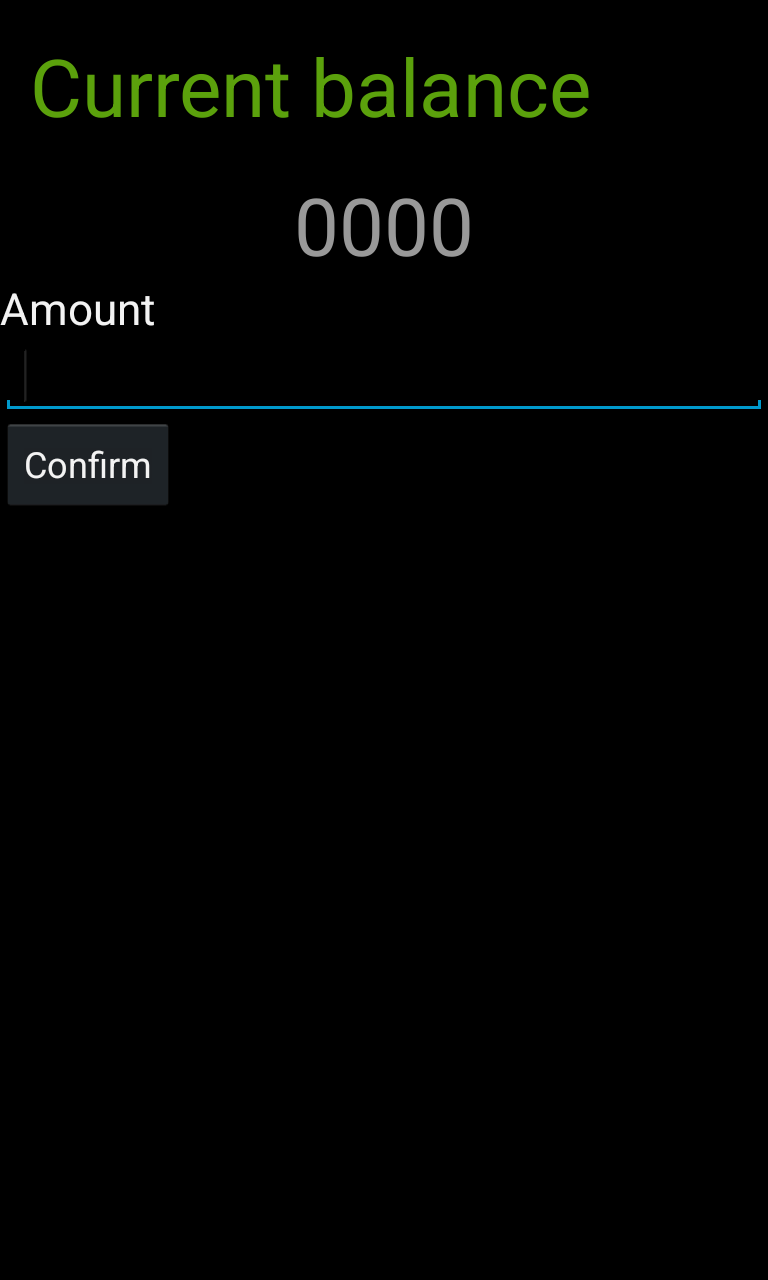
Repository: rrafols/EcoHack
Layout: EcoWalletAndroid/res/layout/payment_layout.xml
The author's editor kept a copy of each file at every save. The layout is drawn from the files as they stood at one save, then again after the next save.
It is drawn on a 768 x 1280 px phone screen (xhdpi) without system bars, with theme android:Theme.Holo; the app's code is not run.

Above is the layout before, as saved 2014-02-23 05:20:36.

### EcoWalletAndroid/res/layout/payment_layout.xml
<?xml version="1.0" encoding="utf-8"?>
<FrameLayout xmlns:android="http://schemas.android.com/apk/res/android"
    android:layout_width="match_parent"
    android:layout_height="match_parent" >

    <LinearLayout
        android:id="@+id/LayoutPaymentActivity"
        android:layout_width="match_parent"
        android:layout_height="match_parent"
        android:orientation="vertical" >

        <TextView
        android:id="@+id/textView1"
        android:layout_width="wrap_content"
        android:layout_height="wrap_content"
        android:layout_marginLeft="15dp"
        android:layout_marginTop="@dimen/activity_vertical_margin"
        android:layout_marginBottom="16dp"
        android:text="Current balance"
        android:textAppearance="?android:attr/textAppearanceLarge"
        android:textColor="#5BA10C"
        android:textSize="40sp" />

        <TextView
            android:id="@+id/textViewCurrentBalance"
            android:layout_width="match_parent"
            android:layout_height="wrap_content"
            android:textSize="40sp"
            android:textColor="#999999"
            android:gravity="center_horizontal"
            android:text="0000"
            android:textAppearance="?android:attr/textAppearanceLarge" />

        <TextView
            android:id="@+id/textView2"
            android:layout_width="wrap_content"
            android:layout_height="wrap_content"
            android:text="Amount"
            android:textAppearance="?android:attr/textAppearanceLarge" />

        <EditText
            android:id="@+id/amount2pay"
            android:layout_width="match_parent"
            android:layout_height="wrap_content"
            android:ems="10"
            android:inputType="number" >

            <requestFocus />
        </EditText>

        <Button
            android:id="@+id/confirmaPago"
            android:layout_width="wrap_content"
            android:layout_height="wrap_content"
            android:text="Confirm" />
    </LinearLayout>

    <TextView
        android:id="@+id/FondoQr"
        android:layout_width="match_parent"
        android:layout_height="match_parent"
        android:background="@android:color/white"
        android:visibility="gone"
        android:text="" />

</FrameLayout>

Loaded but not shown: EcoWalletAndroid/res/values/dimens.xml (common file)

After the next save:
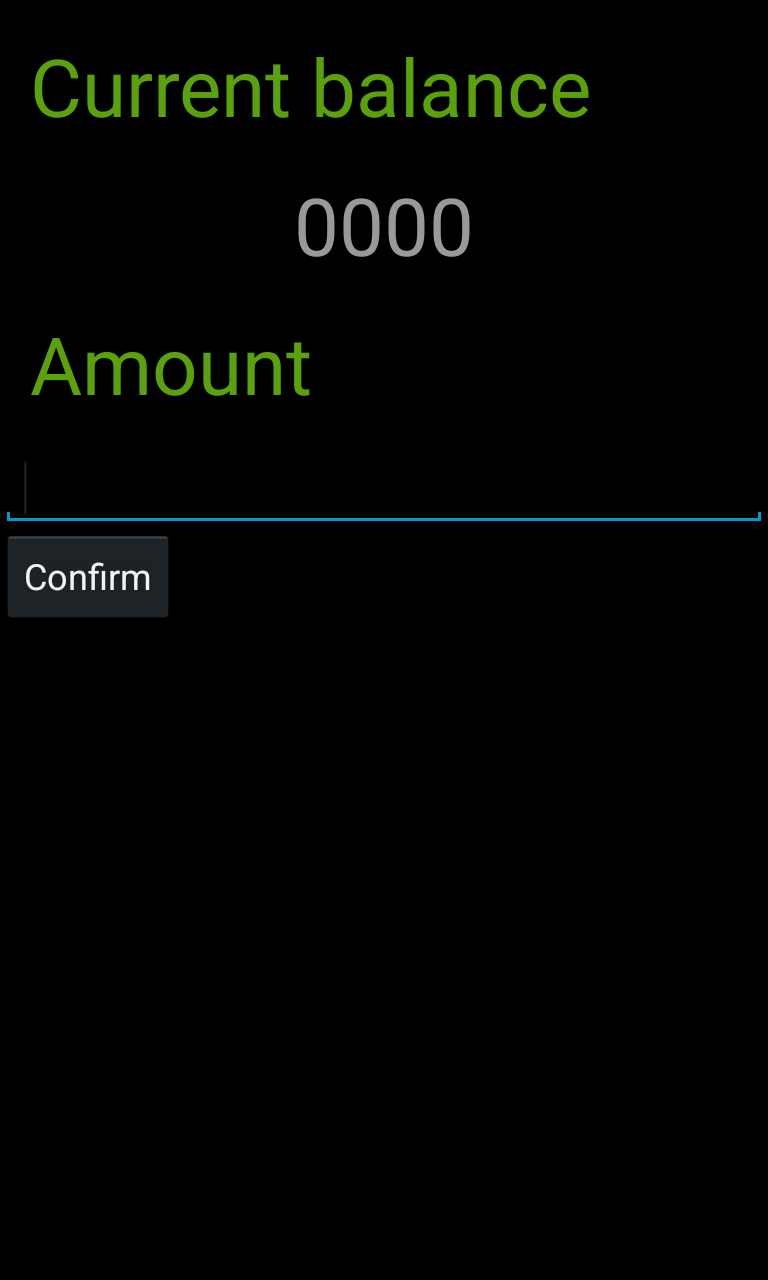
Saved 23 s later.
--- a/EcoWalletAndroid/res/layout/payment_layout.xml
+++ b/EcoWalletAndroid/res/layout/payment_layout.xml
@@ -32,11 +32,16 @@
             android:textAppearance="?android:attr/textAppearanceLarge" />
 
         <TextView
-            android:id="@+id/textView2"
-            android:layout_width="wrap_content"
-            android:layout_height="wrap_content"
-            android:text="Amount"
-            android:textAppearance="?android:attr/textAppearanceLarge" />
+        android:id="@+id/textView1"
+        android:layout_width="wrap_content"
+        android:layout_height="wrap_content"
+        android:layout_marginLeft="15dp"
+        android:layout_marginTop="@dimen/activity_vertical_margin"
+        android:layout_marginBottom="16dp"
+        android:text="Amount"
+        android:textAppearance="?android:attr/textAppearanceLarge"
+        android:textColor="#5BA10C"
+        android:textSize="40sp" />
 
         <EditText
             android:id="@+id/amount2pay"
